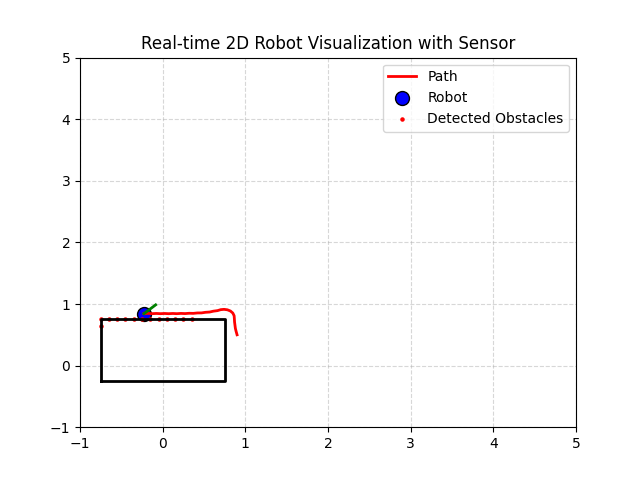
Repository: JLCucumber/comp0244-go2
Script's output: python src/cw1_team_2/2D_environment/main.py
The author's editor kept a copy of each file at every save. The script's output is drawn from the files as they stood at one save, then again after the next save.
Animations are shown at an early frame. Random numbers start from a fixed seed.

Above is the script's output before, as saved 2025-02-16 03:30:42.

After the next save:
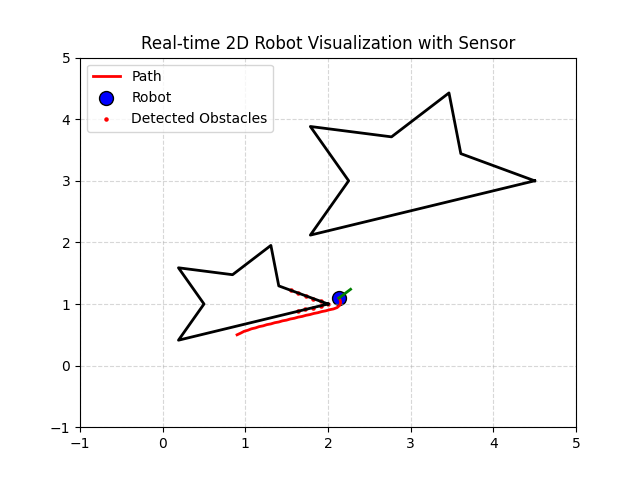
Saved 5 s later.
--- a/src/cw1_team_2/2D_environment/main.py
+++ b/src/cw1_team_2/2D_environment/main.py
@@ -6,7 +6,7 @@ from robot import Robot
 from visualization import plot_environment
 
 if __name__ == "__main__":
-    env = Environment("map_with_complex_obstacles_1.json")  # 生成 2D 地图
+    env = Environment("map_with_complex_obstacles.json")  # 生成 2D 地图
     robot = Robot(env, start_pos=(0.9, 0.5), start_angle=0.79, sensor_range=0.6)  # 创建机器人
 
     plt.ion()  # 开启 Matplotlib 交互模式
